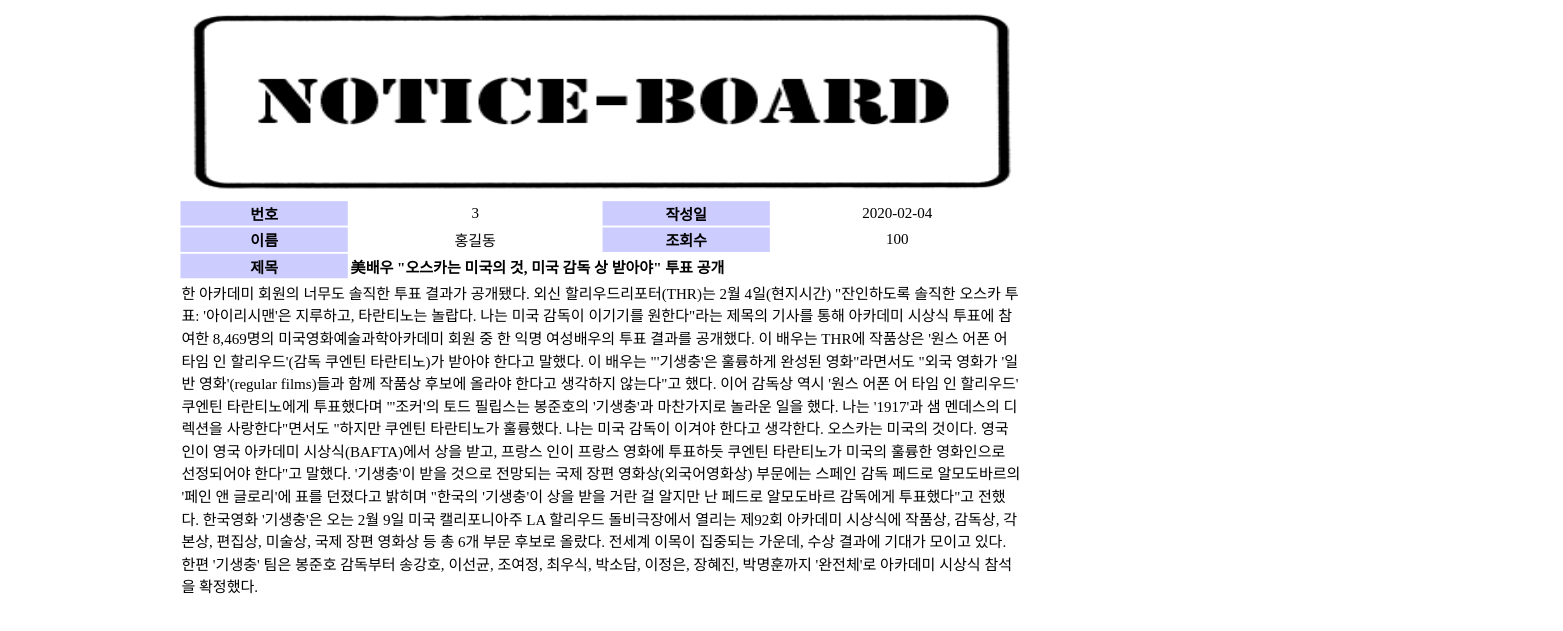
Repository: Rummikub/DBStudy
Page: HTML Project3/WebContent/html/detail.html
An editor plug-in stored every save of this project. The page is shown before and after the next save, followed by the edit.
The browser window is 1280 px wide. The page is 1280 px wide, then 1663 px, so the pictures cover 1663 px, including what lies to the right of the window. The pictures show the whole page, at 94% of full size.

Above is the page before, as saved 2020-02-05 07:18:23.

After the next save:
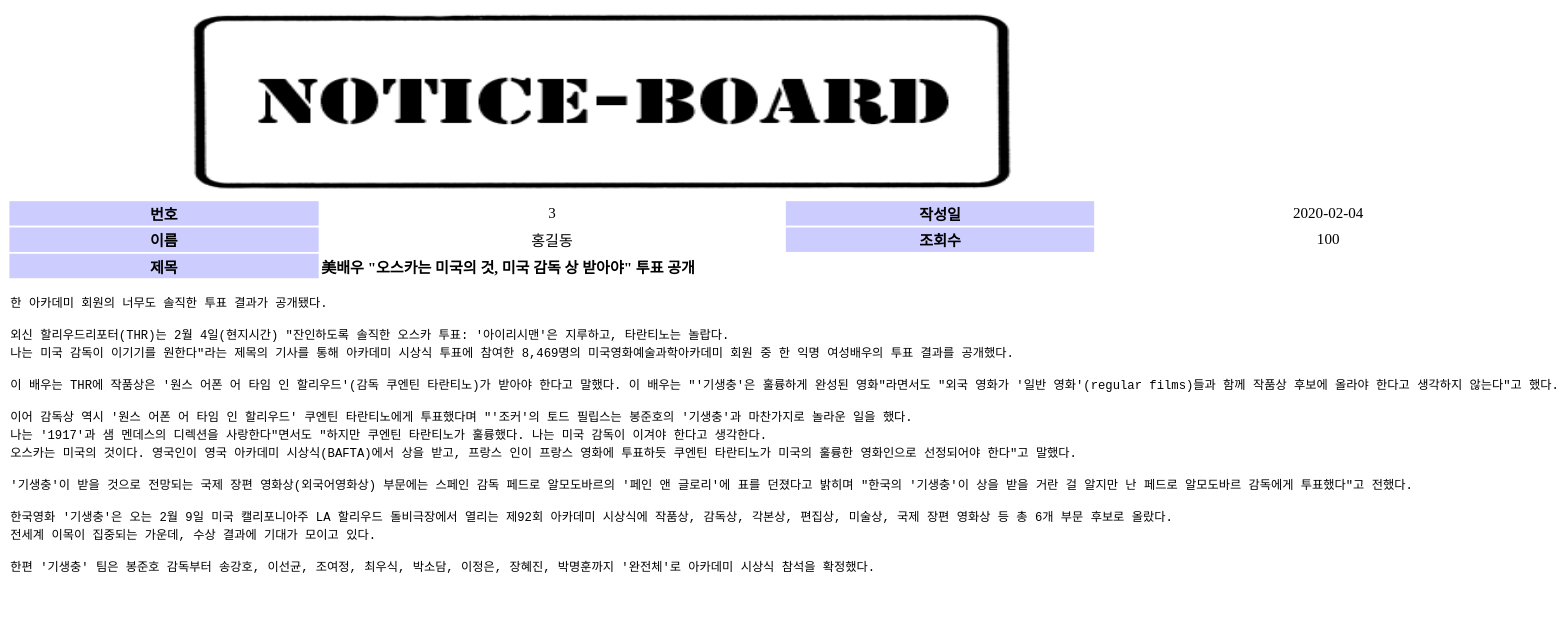
Saved 61 s later.
--- a/HTML Project3/WebContent/html/detail.html
+++ b/HTML Project3/WebContent/html/detail.html
@@ -25,7 +25,7 @@
 		 <td colspan="3" align="left"><b>美배우 "오스카는 미국의 것, 미국 감독 상 받아야" 투표 공개</b></td>
 		</tr>
 		<tr>
-		 <td colspan="4" align="left" valign="top" height="200">한 아카데미 회원의 너무도 솔직한 투표 결과가 공개됐다.
+		 <td colspan="4" align="left" valign="top" height="200"><pre>한 아카데미 회원의 너무도 솔직한 투표 결과가 공개됐다.
 
 외신 할리우드리포터(THR)는 2월 4일(현지시간) "잔인하도록 솔직한 오스카 투표: '아이리시맨'은 지루하고, 타란티노는 놀랍다.
 나는 미국 감독이 이기기를 원한다"라는 제목의 기사를 통해 아카데미 시상식 투표에 참여한 8,469명의 미국영화예술과학아카데미 회원 중 한 익명 여성배우의 투표 결과를 공개했다.
@@ -41,7 +41,7 @@
 한국영화 '기생충'은 오는 2월 9일 미국 캘리포니아주 LA 할리우드 돌비극장에서 열리는 제92회 아카데미 시상식에 작품상, 감독상, 각본상, 편집상, 미술상, 국제 장편 영화상 등 총 6개 부문 후보로 올랐다.
 전세계 이목이 집중되는 가운데, 수상 결과에 기대가 모이고 있다.
 
-한편 '기생충' 팀은 봉준호 감독부터 송강호, 이선균, 조여정, 최우식, 박소담, 이정은, 장혜진, 박명훈까지 '완전체'로 아카데미 시상식 참석을 확정했다.</td>
+한편 '기생충' 팀은 봉준호 감독부터 송강호, 이선균, 조여정, 최우식, 박소담, 이정은, 장혜진, 박명훈까지 '완전체'로 아카데미 시상식 참석을 확정했다.</pre></td>
 		</tr>
 	</table>
 	</center>
